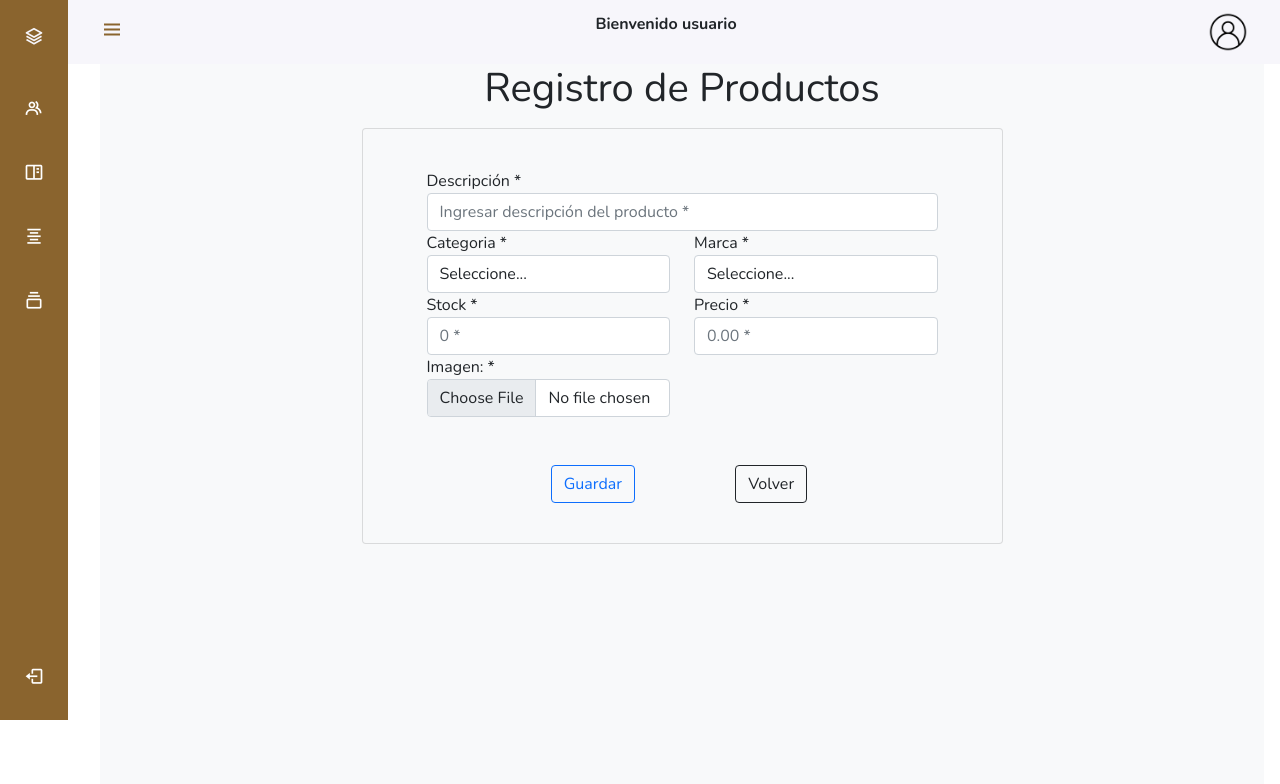
Repository: MNak1808/Proyecto_DSWII
Page: http://localhost/crudP
An editor plug-in stored every save of this project. The page is shown before and after the next save, followed by the edit.
The browser window is 1280 px wide. The pictures show the whole page.
The page is this project's Thymeleaf template; nobody is signed in. The template is opened directly, without the code that normally fills it, so the values that code supplies are empty.

Above is the page before, as saved 2022-06-18 23:21:08.

After the next save:
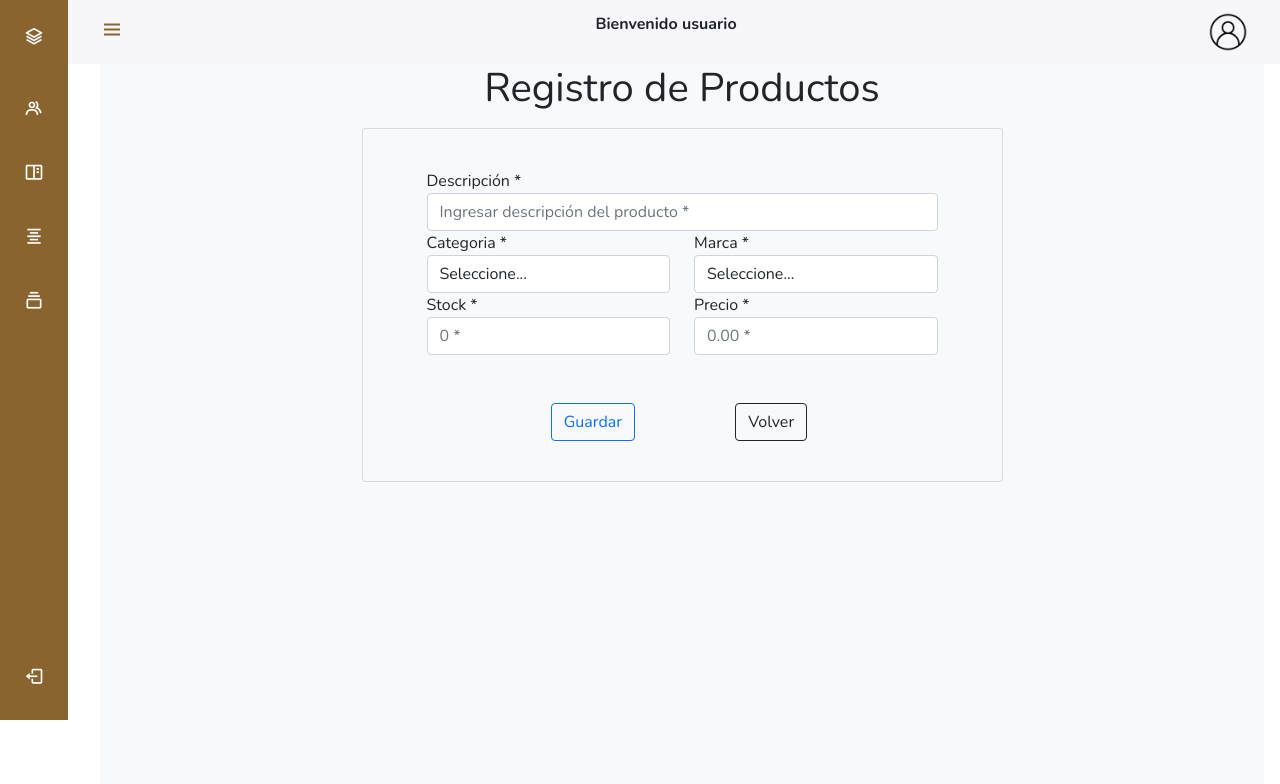
Saved 71 s later.
--- a/ecom/src/main/resources/templates/crudP.html
+++ b/ecom/src/main/resources/templates/crudP.html
@@ -94,15 +94,7 @@
 													</div>
 												</div>
 											</div>
-											<div class="row">
-												<div class="col-md-6">
-													<div class="form-group">
-														<label for="imagen">Imagen: *</label>
-														<input type="file" class="form-control form.control-sm col-md-6"
-															name="file" id="imagen">
-													</div>
-												</div>
-											</div>
+
 											<br> <br>
 											<div class="row" style="text-align: center;justify-content: center;">
 												<div class="col-md-4">
